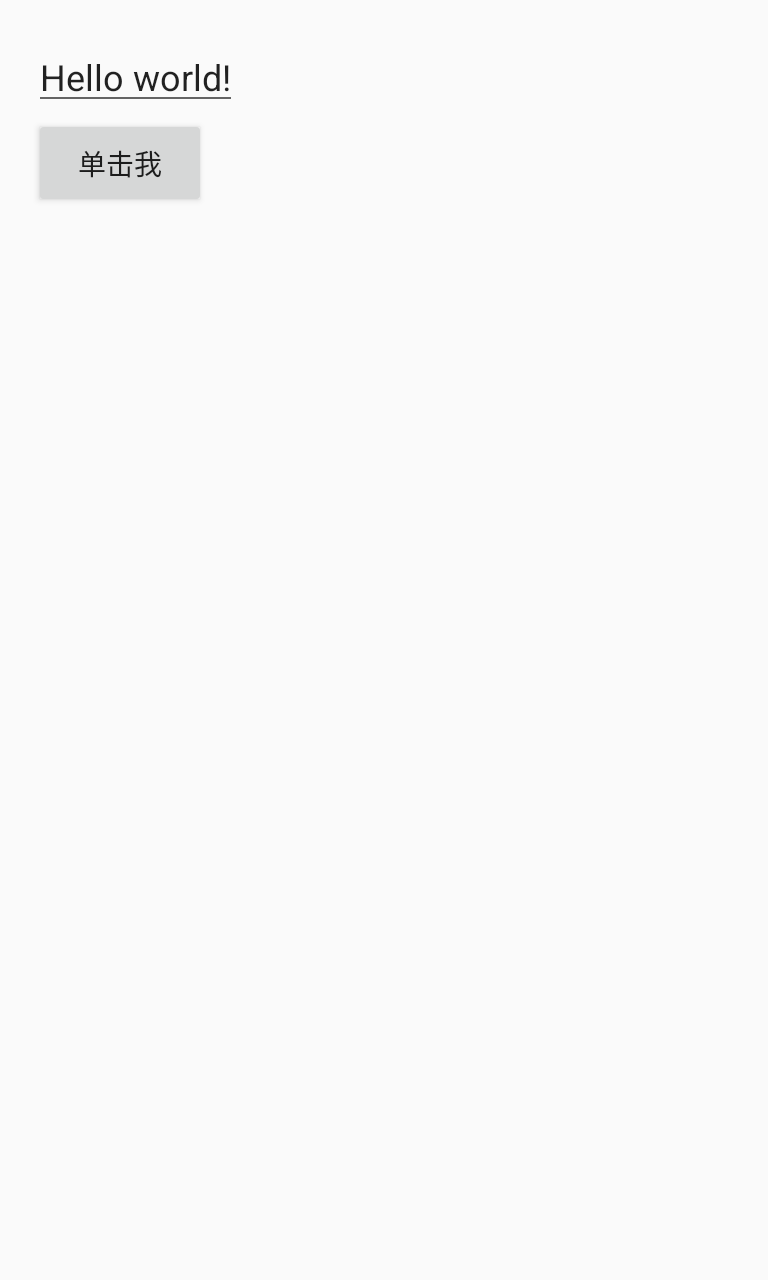
Repository: 18810012802/creazyAndroid
Layout: workspace3/HelloWorld/res/layout/activity_main.xml
These files come from the project's save history. The layout is drawn as it stood at one moment and after a run of saves; the edit follows.
It is drawn on a 768 x 1280 px phone screen (xhdpi) without system bars, with theme AppTheme; the app's code is not run.

Above is the layout before, as saved 2016-04-30 13:52:33.

After the next 2 saves:
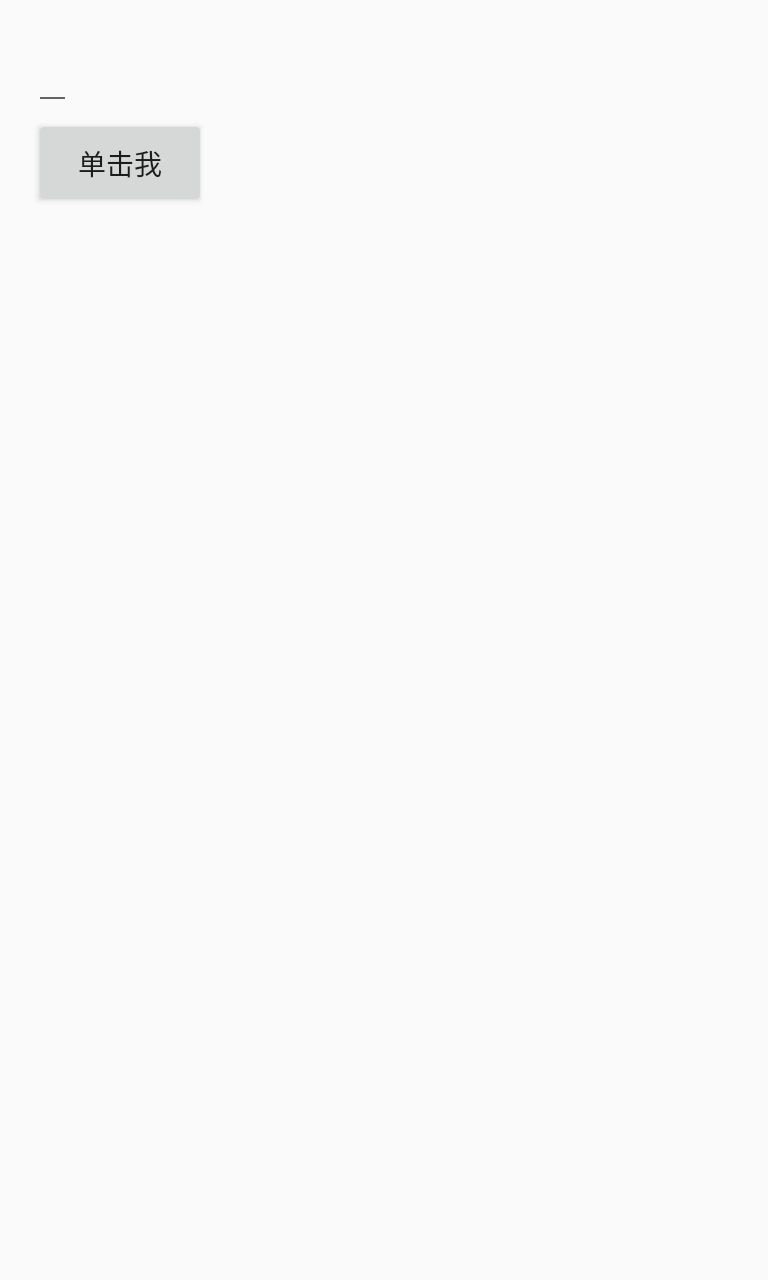
The 2 saves are shown as one change because 1 did not build or start.
The last was saved 14 s later.
--- a/workspace3/HelloWorld/res/layout/activity_main.xml
+++ b/workspace3/HelloWorld/res/layout/activity_main.xml
@@ -12,8 +12,7 @@
         android:inputType="number"
         android:id="@+id/show"
         android:layout_width="wrap_content"
-        android:layout_height="wrap_content"
-        android:text="@string/hello_world" />
+        android:layout_height="wrap_content"/>
 	<Button
 	    android:layout_width="wrap_content"
 	    android:layout_height="wrap_content"
